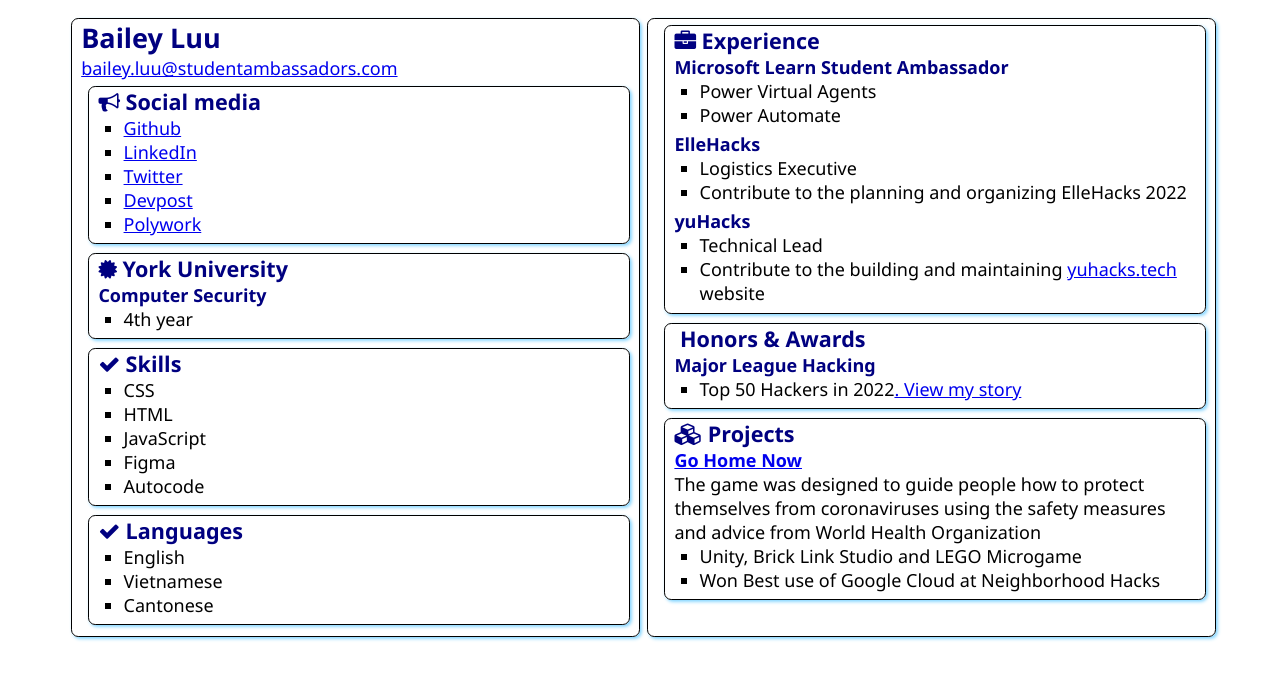
Repository: BaileyLuu/SATechnicalOnboarding
Page: src/index.html
These files come from the project's save history. The page is drawn as it stood at one moment and after the next save; the edit follows.
The browser window is 1280 px wide. The pictures show the whole page.

Above is the page before, as saved 2022-07-27 21:58:53.

After the next save:
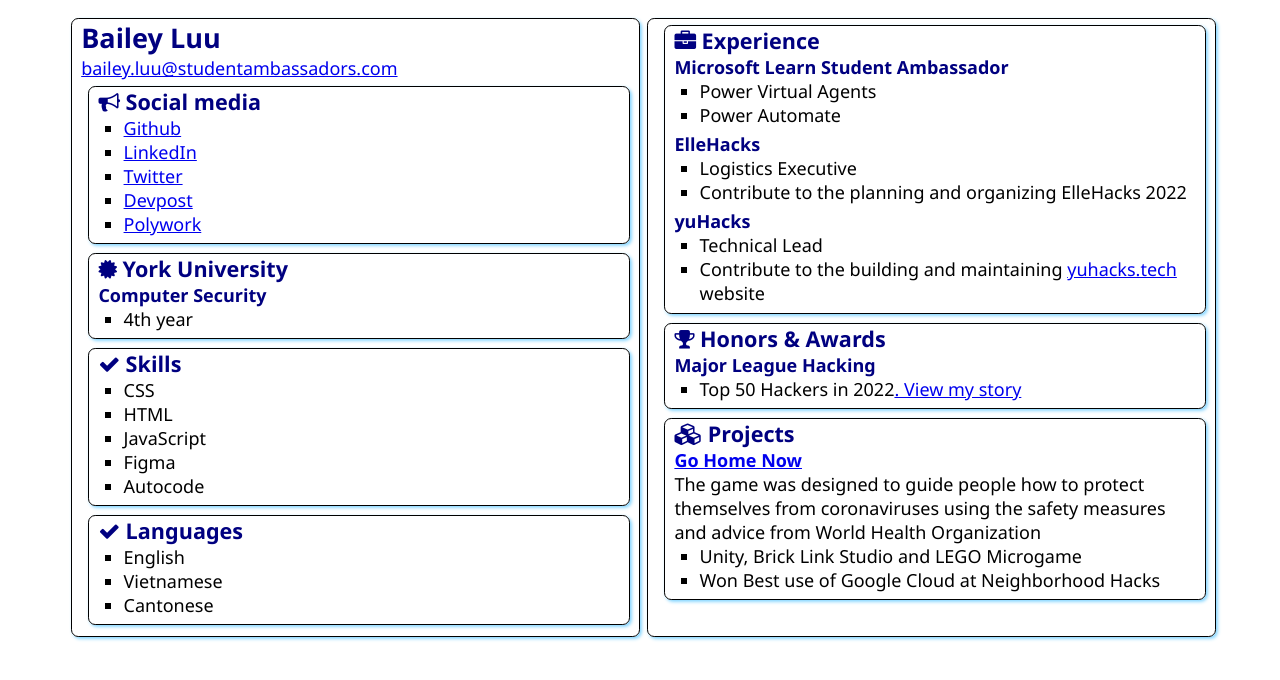
Saved 110 s later.
--- a/src/index.html
+++ b/src/index.html
@@ -92,7 +92,7 @@
             </section>
             <section class="box">
                 <h2>
-                    <i class="fa fa-award" aria-hidden="true"></i>
+                    <i class="fa fa-trophy" aria-hidden="true"></i>
                     Honors & Awards
                 </h2>
 
